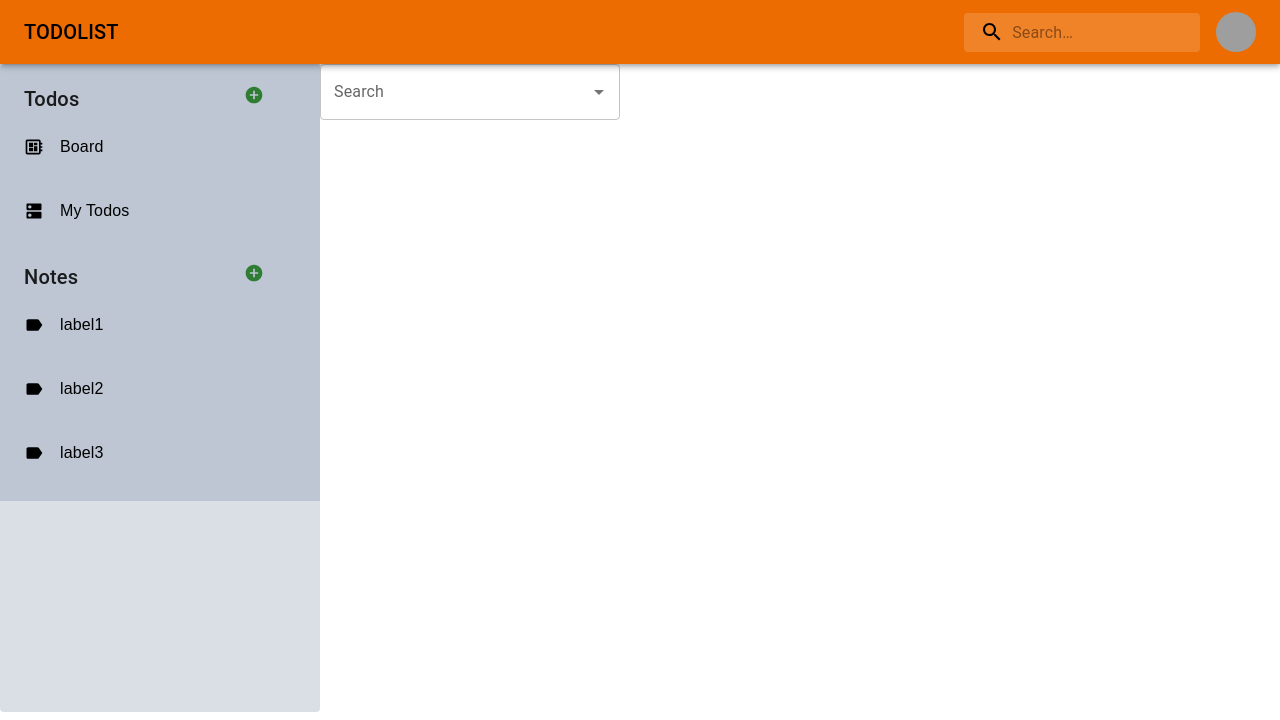
Repository: HrishrathTBS/Trackerbea
Page: / (app in client/)
The author's editor kept a copy of each file at every save. The page is drawn from the files as they stood at one save, then again after a run of saves.
The browser window is 1280 px wide. The pictures show the whole page.
Pictures or frames that could not be fetched are drawn as grey boxes. The project was rebuilt for these pictures with package versions that can differ from the ones it lists, and the page was loaded fresh each time. Also part of the build but not shown: client/src/components/TodoList.js, client/src/components/Board.js, client/src/components/ListOfBar.js, client/src/components/MyTodos.js, client/src/pages/Label/Label1.js, client/src/pages/Label/Label2.js, client/src/pages/Label/Label3.js.

Above is the page before, as saved 2022-03-10 17:53:25.

### client/public/index.html
<!DOCTYPE html>
<html lang="en">
  <head>
    <meta charset="utf-8" />
    <link rel="icon" href="%PUBLIC_URL%/favicon.ico" />
    <meta name="viewport" content="width=device-width, initial-scale=1" />
    <meta name="theme-color" content="#000000" />
    <meta
      name="description"
      content="Web site created using mernboilerplate"
    />
    <link rel="apple-touch-icon" href="%PUBLIC_URL%/logo192.png" />
    <!--
      manifest.json provides metadata used when your web app is installed on a
      user's mobile device or desktop. See https://developers.google.com/web/fundamentals/web-app-manifest/
    -->
    <link rel="manifest" href="%PUBLIC_URL%/manifest.json" />
    <!--
      Notice the use of %PUBLIC_URL% in the tags above.
      It will be replaced with the URL of the `public` folder during the build.
      Only files inside the `public` folder can be referenced from the HTML.

      Unlike "/favicon.ico" or "favicon.ico", "%PUBLIC_URL%/favicon.ico" will
      work correctly both with client-side routing and a non-root public URL.
      Learn how to configure a non-root public URL by running `npm run build`.
    -->
    <title>MERN App</title>
  </head>
  <body>
    <noscript>You need to enable JavaScript to run this app.</noscript>
    <div id="root"></div>
    <!--
      This HTML file is a template.
      If you open it directly in the browser, you will see an empty page.

      You can add webfonts, meta tags, or analytics to this file.
      The build step will place the bundled scripts into the <body> tag.

      To begin the development, run `npm start` or `yarn start`.
      To create a production bundle, use `npm run build` or `yarn build`.
    -->
  </body>
</html>

### client/src/App.js
import React from 'react';
import { BrowserRouter } from 'react-router-dom';
import AppRoutes from './UseRoutes';
import './App.css';
const App = () => {
  return (
    <>
      <BrowserRouter>{<AppRoutes />}</BrowserRouter>
    </>
  );
};

export default App;

### client/src/UseRoutes.js
import React from 'react';
import { useRoutes } from 'react-router-dom';
import Board from './components/Board';
import Layout from './components/Layout';
import MyTodos from './components/MyTodos';
import Label1 from './pages/Label/Label1';
import Label2 from './pages/Label/Label2';
import Label3 from './pages/Label/Label3';
const AppRoutes = () => {
  return useRoutes([
    {
      path: '',
      element: <Layout />,
      children: [
        {
          path: 'board',
          element: <Board />,
        },
        {
          path: 'mytodos',
          element: <MyTodos />,
        },
        {
          path: 'label1',
          element: <Label1 />,
        },
        {
          path: 'label2',
          element: <Label2 />,
        },
        {
          path: 'label3',
          element: <Label3 />,
        },
      ],
    },
  ]);
};

export default AppRoutes;

### client/src/App.css
* {
  padding: 0%;
  margin: 0%;
  box-sizing: border-box;
  font-family: sans-serif;
}

### client/src/components/Layout.js
import React from 'react';
import { Outlet } from 'react-router-dom';
import Filter from './Filter';
import Header from './Header';
import SideBar from './SideBar';

const Layout = () => {
  return (
    <>
      <Header />
      <div style={{ display: 'flex' }}>
        <SideBar />
        <Filter />
        {<Outlet />}
      </div>
    </>
  );
};

export default Layout;

### client/src/components/Filter.js
// import { Box, Grid, TextField } from '@mui/material';
// import React, { useState } from 'react';
// import { teams_data } from './LabelData';
// import SearchIcon from '@mui/icons-material/Search';
// const Filter = () => {
//   const [teams, setTeams] = useState([...teams_data]);
//   const [search, setSearch] = useState('');

//   const handleChange = (e) => {
//     const test = teams.filter((team) => {
//       return (
//         team.HeaderText.toLowerCase().toUpperCase().includes(e.target.value.toLowerCase()) ||
//         team.NotesText.toLowerCase().includes(e.target.value.toLowerCase()) ||
//         team.TitleText.toLowerCase().includes(e.target.value.toLowerCase())
//       );
//     });
//     setTeams(test);
//     setSearch(e.target.value);
//   };

//   return (
//     <>
//       <Grid container justifyContent='center' m={1}>
//         <Grid item xs={5}>
//           <Box sx={{ display: 'flex', alignItems: 'center' }}>
//             <TextField autoComplete='text' value={search} color='warning' variant='outlined' fullWidth id='search' label='Search' onChange={handleChange} autoFocus required />
//             <SearchIcon sx={{ position: 'relative', right: '40px' }} />
//           </Box>
//           {teams.map((team) => (
//             <>
//               <p>{team.HeaderText}</p>
//               <p>{team.TitleText}</p>
//               <p>{team.NotesText}</p>
//             </>
//           ))}
//         </Grid>
//       </Grid>
//     </>
//   );
// };

// export default Filter;
import * as React from 'react';
import TextField from '@mui/material/TextField';
import Autocomplete from '@mui/material/Autocomplete';

export default function ComboBox() {
  return <Autocomplete disablePortal id='combo-box-demo' options={top100Films} sx={{ width: 300 }} renderInput={(params) => <TextField {...params} label='Search' />} />;
}

// Top 100 films as rated by IMDb users. http://www.imdb.com/chart/top
const top100Films = [
  { label: 'The Shawshank Redemption', year: 1994 },
  { label: 'The Godfather', year: 1972 },
  { label: 'The Godfather: Part II', year: 1974 },
  { label: 'The Dark Knight', year: 2008 },
  { label: '12 Angry Men', year: 1957 },
  { label: "Schindler's List", year: 1993 },
  { label: 'Pulp Fiction', year: 1994 },
  {
    label: 'The Lord of the Rings: The Return of the King',
    year: 2003,
  },
  { label: 'The Good, the Bad and the Ugly', year: 1966 },
  { label: 'Fight Club', year: 1999 },
  {
    label: 'The Lord of the Rings: The Fellowship of the Ring',
    year: 2001,
  },
  {
    label: 'Star Wars: Episode V - The Empire Strikes Back',
    year: 1980,
  },
  { label: 'Forrest Gump', year: 1994 },
  { label: 'Inception', year: 2010 },
  {
    label: 'The Lord of the Rings: The Two Towers',
    year: 2002,
  },
  { label: "One Flew Over the Cuckoo's Nest", year: 1975 },
  { label: 'Goodfellas', year: 1990 },
  { label: 'The Matrix', year: 1999 },
  { label: 'Seven Samurai', year: 1954 },
  {
    label: 'Star Wars: Episode IV - A New Hope',
    year: 1977,
  },
  { label: 'City of God', year: 2002 },
  { label: 'Se7en', year: 1995 },
  { label: 'The Silence of the Lambs', year: 1991 },
  { label: "It's a Wonderful Life", year: 1946 },
  { label: 'Life Is Beautiful', year: 1997 },
  { label: 'The Usual Suspects', year: 1995 },
  { label: 'Léon: The Professional', year: 1994 },
  { label: 'Spirited Away', year: 2001 },
  { label: 'Saving Private Ryan', year: 1998 },
  { label: 'Once Upon a Time in the West', year: 1968 },
  { label: 'American History X', year: 1998 },
  { label: 'Interstellar', year: 2014 },
  { label: 'Casablanca', year: 1942 },
  { label: 'City Lights', year: 1931 },
  { label: 'Psycho', year: 1960 },
  { label: 'The Green Mile', year: 1999 },
  { label: 'The Intouchables', year: 2011 },
  { label: 'Modern Times', year: 1936 },
  { label: 'Raiders of the Lost Ark', year: 1981 },
  { label: 'Rear Window', year: 1954 },
  { label: 'The Pianist', year: 2002 },
  { label: 'The Departed', year: 2006 },
  { label: 'Terminator 2: Judgment Day', year: 1991 },
  { label: 'Back to the Future', year: 1985 },
  { label: 'Whiplash', year: 2014 },
  { label: 'Gladiator', year: 2000 },
  { label: 'Memento', year: 2000 },
  { label: 'The Prestige', year: 2006 },
  { label: 'The Lion King', year: 1994 },
  { label: 'Apocalypse Now', year: 1979 },
  { label: 'Alien', year: 1979 },
  { label: 'Sunset Boulevard', year: 1950 },
  {
    label: 'Dr. Strangelove or: How I Learned to Stop Worrying and Love the Bomb',
    year: 1964,
  },
  { label: 'The Great Dictator', year: 1940 },
  { label: 'Cinema Paradiso', year: 1988 },
  { label: 'The Lives of Others', year: 2006 },
  { label: 'Grave of the Fireflies', year: 1988 },
  { label: 'Paths of Glory', year: 1957 },
  { label: 'Django Unchained', year: 2012 },
  { label: 'The Shining', year: 1980 },
  { label: 'WALL·E', year: 2008 },
  { label: 'American Beauty', year: 1999 },
  { label: 'The Dark Knight Rises', year: 2012 },
  { label: 'Princess Mononoke', year: 1997 },
  { label: 'Aliens', year: 1986 },
  { label: 'Oldboy', year: 2003 },
  { label: 'Once Upon a Time in America', year: 1984 },
  { label: 'Witness for the Prosecution', year: 1957 },
  { label: 'Das Boot', year: 1981 },
  { label: 'Citizen Kane', year: 1941 },
  { label: 'North by Northwest', year: 1959 },
  { label: 'Vertigo', year: 1958 },
  {
    label: 'Star Wars: Episode VI - Return of the Jedi',
    year: 1983,
  },
  { label: 'Reservoir Dogs', year: 1992 },
  { label: 'Braveheart', year: 1995 },
  { label: 'M', year: 1931 },
  { label: 'Requiem for a Dream', year: 2000 },
  { label: 'Amélie', year: 2001 },
  { label: 'A Clockwork Orange', year: 1971 },
  { label: 'Like Stars on Earth', year: 2007 },
  { label: 'Taxi Driver', year: 1976 },
  { label: 'Lawrence of Arabia', year: 1962 },
  { label: 'Double Indemnity', year: 1944 },
  {
    label: 'Eternal Sunshine of the Spotless Mind',
    year: 2004,
  },
  { label: 'Amadeus', year: 1984 },
  { label: 'To Kill a Mockingbird', year: 1962 },
  { label: 'Toy Story 3', year: 2010 },
  { label: 'Logan', year: 2017 },
  { label: 'Full Metal Jacket', year: 1987 },
  { label: 'Dangal', year: 2016 },
  { label: 'The Sting', year: 1973 },
  { label: '2001: A Space Odyssey', year: 1968 },
  { label: "Singin' in the Rain", year: 1952 },
  { label: 'Toy Story', year: 1995 },
  { label: 'Bicycle Thieves', year: 1948 },
  { label: 'The Kid', year: 1921 },
  { label: 'Inglourious Basterds', year: 2009 },
  { label: 'Snatch', year: 2000 },
  { label: '3 Idiots', year: 2009 },
  { label: 'Monty Python and the Holy Grail', year: 1975 },
];

### client/src/components/Header.js
import * as React from 'react';
import AppBar from '@mui/material/AppBar';
import Box from '@mui/material/Box';
import Toolbar from '@mui/material/Toolbar';
import IconButton from '@mui/material/IconButton';
import Typography from '@mui/material/Typography';
import Menu from '@mui/material/Menu';
import MenuIcon from '@mui/icons-material/Menu';
import Container from '@mui/material/Container';
import Avatar from '@mui/material/Avatar';
import Tooltip from '@mui/material/Tooltip';
import MenuItem from '@mui/material/MenuItem';
import SearchIcon from '@mui/icons-material/Search';
import { styled, alpha } from '@mui/material/styles';
import { InputBase } from '@mui/material';

const pages = ['Header'];
const settings = ['Profile', 'Account', 'Dashboard', 'Logout'];

const Search = styled('div')(({ theme }) => ({
  position: 'relative',
  borderRadius: theme.shape.borderRadius,
  backgroundColor: alpha(theme.palette.common.white, 0.15),
  '&:hover': {
    backgroundColor: alpha(theme.palette.common.white, 0.25),
  },
  marginRight: theme.spacing(2),
  marginLeft: 0,
  width: '100%',
  [theme.breakpoints.up('sm')]: {
    marginLeft: theme.spacing(3),
    width: 'auto',
  },
}));
const SearchIconWrapper = styled('div')(({ theme }) => ({
  padding: theme.spacing(0, 2),
  height: '100%',
  position: 'absolute',
  pointerEvents: 'none',
  color: 'black',
  display: 'flex',
  alignItems: 'center',
  justifyContent: 'center',
}));
const StyledInputBase = styled(InputBase)(({ theme }) => ({
  color: 'black',
  '& .MuiInputBase-input': {
    padding: theme.spacing(1, 1, 1, 0),
    paddingLeft: `calc(1em + ${theme.spacing(4)})`,
    transition: theme.transitions.create('width'),
    width: '100%',
    [theme.breakpoints.up('md')]: {
      width: '20ch',
    },
  },
}));

const Header = () => {
  const [anchorElNav, setAnchorElNav] = React.useState(null);
  const [anchorElUser, setAnchorElUser] = React.useState(null);

  const handleOpenNavMenu = (event) => {
    setAnchorElNav(event.currentTarget);
  };
  const handleOpenUserMenu = (event) => {
    setAnchorElUser(event.currentTarget);
  };

  const handleCloseNavMenu = () => {
    setAnchorElNav(null);
  };

  const handleCloseUserMenu = () => {
    setAnchorElUser(null);
  };

  return (
    <AppBar position='static' color='warning'>
      <Container maxWidth='xl'>
        <Toolbar disableGutters>
          <Typography variant='h6' noWrap component='div' sx={{ mr: 2, display: { xs: 'none', md: 'flex', color: 'black' } }}>
            TODOLIST
          </Typography>
          <Box sx={{ flexGrow: 1, display: { xs: 'flex', md: 'none' } }}>
            <IconButton size='large' aria-label='account of current user' aria-controls='menu-appbar' aria-haspopup='true' onClick={handleOpenNavMenu} color='inherit'>
              <MenuIcon />
            </IconButton>
            <Menu
              id='menu-appbar'
              anchorEl={anchorElNav}
              anchorOrigin={{
                vertical: 'bottom',
                horizontal: 'left',
              }}
              keepMounted
              transformOrigin={{
                vertical: 'top',
                horizontal: 'left',
              }}
              open={Boolean(anchorElNav)}
              onClose={handleCloseNavMenu}
              sx={{
                display: { xs: 'block', md: 'none' },
              }}
            >
              {pages.map((page) => (
                <MenuItem key={page} onClick={handleCloseNavMenu}>
                  <Typography textAlign='center'>{page}</Typography>
                </MenuItem>
              ))}
            </Menu>
          </Box>

          <Typography variant='h6' noWrap component='div' sx={{ flexGrow: 1, display: { xs: 'flex', md: 'none' } }}>
            TODOLIST
          </Typography>
          <Box sx={{ flexGrow: 1, display: { xs: 'none', md: 'flex' } }}></Box>
          <Search>
            <SearchIconWrapper>
              <SearchIcon />
            </SearchIconWrapper>
            <StyledInputBase placeholder='Search…' inputProps={{ 'aria-label': 'search' }} />
          </Search>
          <Box sx={{ flexGrow: 0 }}>
            <Tooltip title='Open settings'>
              <IconButton onClick={handleOpenUserMenu} sx={{ p: 0 }}>
                <Avatar alt='Remy Sharp' src='/static/images/avatar/2.jpg' />
              </IconButton>
            </Tooltip>
            <Menu
              sx={{ mt: '45px' }}
              id='menu-appbar'
              anchorEl={anchorElUser}
              anchorOrigin={{
                vertical: 'top',
                horizontal: 'right',
              }}
              keepMounted
              transformOrigin={{
                vertical: 'top',
                horizontal: 'right',
              }}
              open={Boolean(anchorElUser)}
              onClose={handleCloseUserMenu}
            >
              {settings.map((setting) => (
                <MenuItem key={setting} onClick={handleCloseUserMenu}>
                  <Typography textAlign='center'>{setting}</Typography>
                </MenuItem>
              ))}
            </Menu>
          </Box>
        </Toolbar>
      </Container>
    </AppBar>
  );
};
export default Header;

### client/src/components/SideBar.js
import * as React from 'react';
import Box from '@mui/material/Box';
import { styled, ThemeProvider, createTheme } from '@mui/material/styles';
import Divider from '@mui/material/Divider';
import List from '@mui/material/List';
import Paper from '@mui/material/Paper';
import ListItem from './ListItem';
import People from '@mui/icons-material/People';
import Dns from '@mui/icons-material/Dns';
import LabelIcon from '@mui/icons-material/Label';
import DeveloperBoardIcon from '@mui/icons-material/DeveloperBoard';
const FireNav = styled(List)({
  '& .MuiListItemButton-root': {
    paddingLeft: 24,
    paddingRight: 24,
  },
  '& .MuiListItemIcon-root': {
    minWidth: 0,
    marginRight: 16,
  },
  '& .MuiSvgIcon-root': {
    fontSize: 20,
  },
});

export default function CustomizedList() {
  const [open, setOpen] = React.useState(true);

  const DataItem = [
    {
      label: 'Todos',
      data: [
        { icon: <DeveloperBoardIcon />, label: 'Board', link: '/board' },
        { icon: <Dns />, label: 'My Todos ', link: '/mytodos' },
      ],
    },
    {
      label: 'Notes',
      data: [
        { icon: <LabelIcon />, label: 'label1', link: '/label1' },
        { icon: <LabelIcon />, label: 'label2 ', link: '/label2' },
        { icon: <LabelIcon />, label: 'label3 ', link: '/label3' },
      ],
    },
  ];

  return (
    <Box sx={{ display: 'flex', height: '90vh' }}>
      <ThemeProvider
        theme={createTheme({
          components: {
            MuiListItemButton: {
              defaultProps: {
                disableTouchRipple: true,
              },
            },
          },
          palette: {
            background: { paper: 'rgba(71, 98, 130, 0.2)' },
          },
        })}
      >
        <Paper elevation={0} sx={{ maxWidth: 370 }}>
          <FireNav component='nav' disablePadding>
            <Divider />
            <Box
              sx={{
                bgcolor: open ? 'rgba(71, 98, 130, 0.2)' : null,
                pb: open ? 2 : 0,
              }}
            >
              {DataItem.map(({ data, label }) => (
                <ListItem data={data} label={label} />
              ))}
            </Box>
          </FireNav>
        </Paper>
      </ThemeProvider>
    </Box>
  );
}

### client/src/components/ListItem.js
import { Box, ListItemIcon, ListItemText } from '@mui/material';
import ListItemButton from '@mui/material/ListItemButton';
import AddCircleIcon from '@mui/icons-material/AddCircle';
import KeyboardArrowDown from '@mui/icons-material/KeyboardArrowDown';
import React from 'react';

const ListItem = ({ data, label }) => {
  const [open, setOpen] = React.useState(true);
  return (
    <>
      <ListItemButton
        alignItems='flex-start'
        sx={{
          px: 3,
          pt: 2.5,
          pb: open ? 0 : 2.5,
          '&:hover, &:focus': { '& svg': { opacity: open ? 1 : 1 } },
        }}
      >
        <ListItemText
          primary={label}
          primaryTypographyProps={{
            fontSize: 20,
            width: '220px',
            fontWeight: 'medium',
            lineHeight: '20px',
            mb: '2px',
          }}
        />
        <AddCircleIcon color='success' />
        <KeyboardArrowDown
          onClick={() => setOpen(!open)}
          sx={{
            opacity: 1,
            px: 2,
            transform: open ? 'rotate(-180deg)' : 'rotate(0)',
            transition: '0.5s',
          }}
        />
      </ListItemButton>
      <Box>
        {open &&
          data &&
          data.map((item) => (
            <ListItemButton key={item.label} sx={{ py: 2, minHeight: 32, color: 'rgba(0,0,0,1)', justifyContent: 'flex-start' }}>
              <ListItemIcon sx={{ color: 'inherit' }}>{item.icon}</ListItemIcon>
              <ListItemText>
                <a href={item.link} style={{ textDecoration: 'none', color: 'black' }}>
                  {item.label}
                </a>
              </ListItemText>
            </ListItemButton>
          ))}
      </Box>
    </>
  );
};
export default ListItem;

Loaded but not shown: client/src/index.js (common file)

After the next 2 saves:
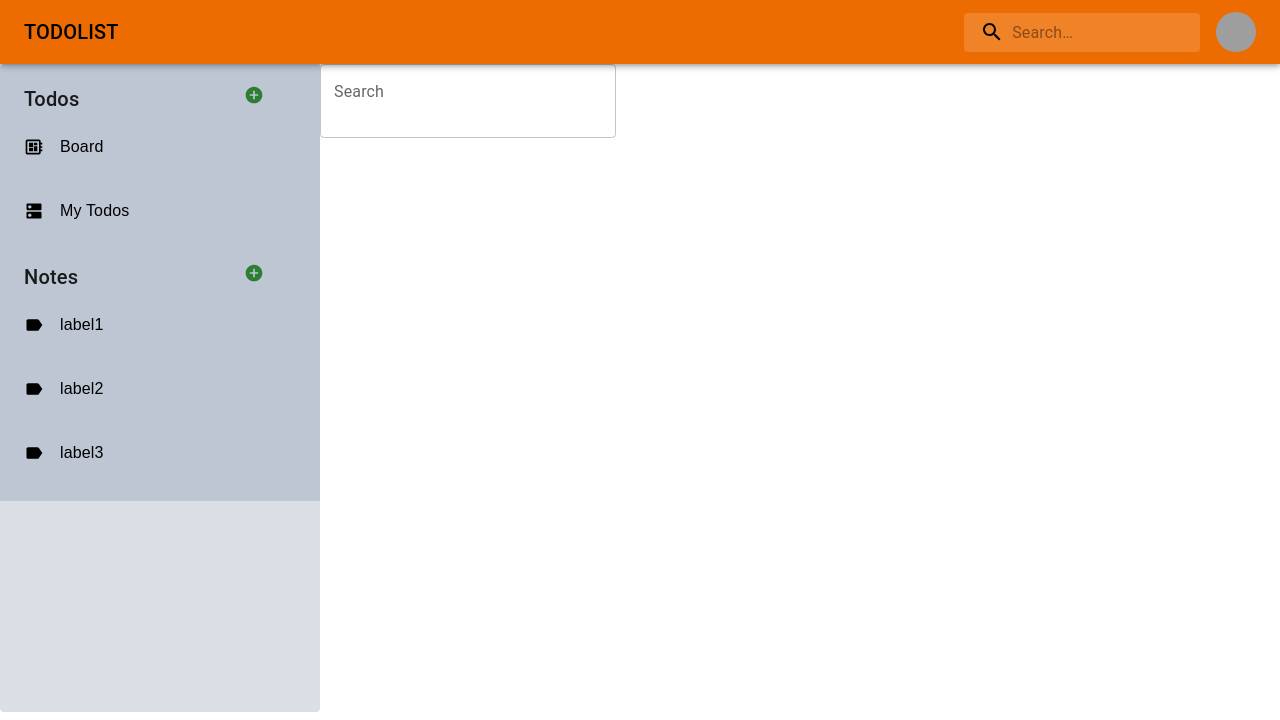
The 2 saves are shown as one change because 1 did not build or start.
The last was saved 102 s later.
--- a/client/src/components/Filter.js
+++ b/client/src/components/Filter.js
@@ -45,7 +45,7 @@
 import Autocomplete from '@mui/material/Autocomplete';
 
 export default function ComboBox() {
-  return <Autocomplete disablePortal id='combo-box-demo' options={top100Films} sx={{ width: 300 }} renderInput={(params) => <TextField {...params} label='Search' />} />;
+  return <Autocomplete disablePortal id='combo-box-demo' options={top100Films} sx={{ width: 300 }} renderInput={() => <TextField label='Search' />} />;
 }
 
 // Top 100 films as rated by IMDb users. http://www.imdb.com/chart/top

After the save that followed:
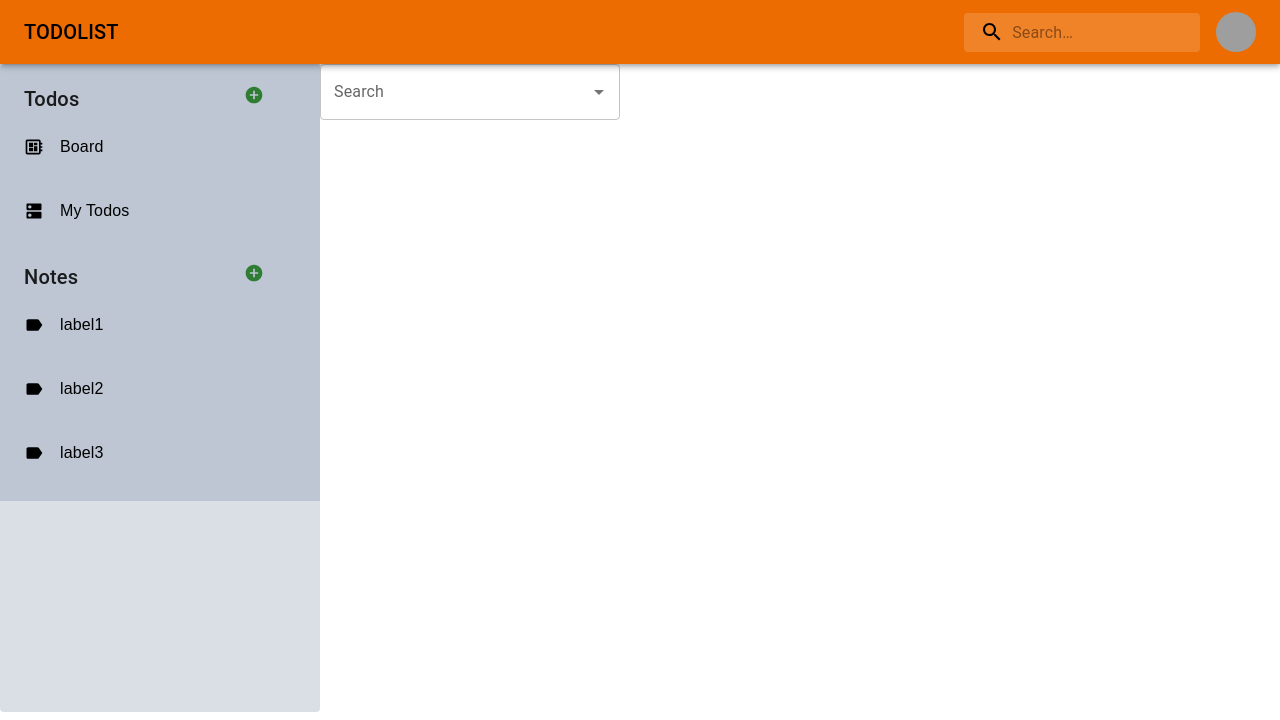
Saved 13 s later.
--- a/client/src/components/Filter.js
+++ b/client/src/components/Filter.js
@@ -45,7 +45,7 @@
 import Autocomplete from '@mui/material/Autocomplete';
 
 export default function ComboBox() {
-  return <Autocomplete disablePortal id='combo-box-demo' options={top100Films} sx={{ width: 300 }} renderInput={() => <TextField label='Search' />} />;
+  return <Autocomplete disablePortal id='combo-box-demo' options={top100Films} sx={{ width: 300 }} renderInput={(params) => <TextField {...params} label='Search' />} />;
 }
 
 // Top 100 films as rated by IMDb users. http://www.imdb.com/chart/top
